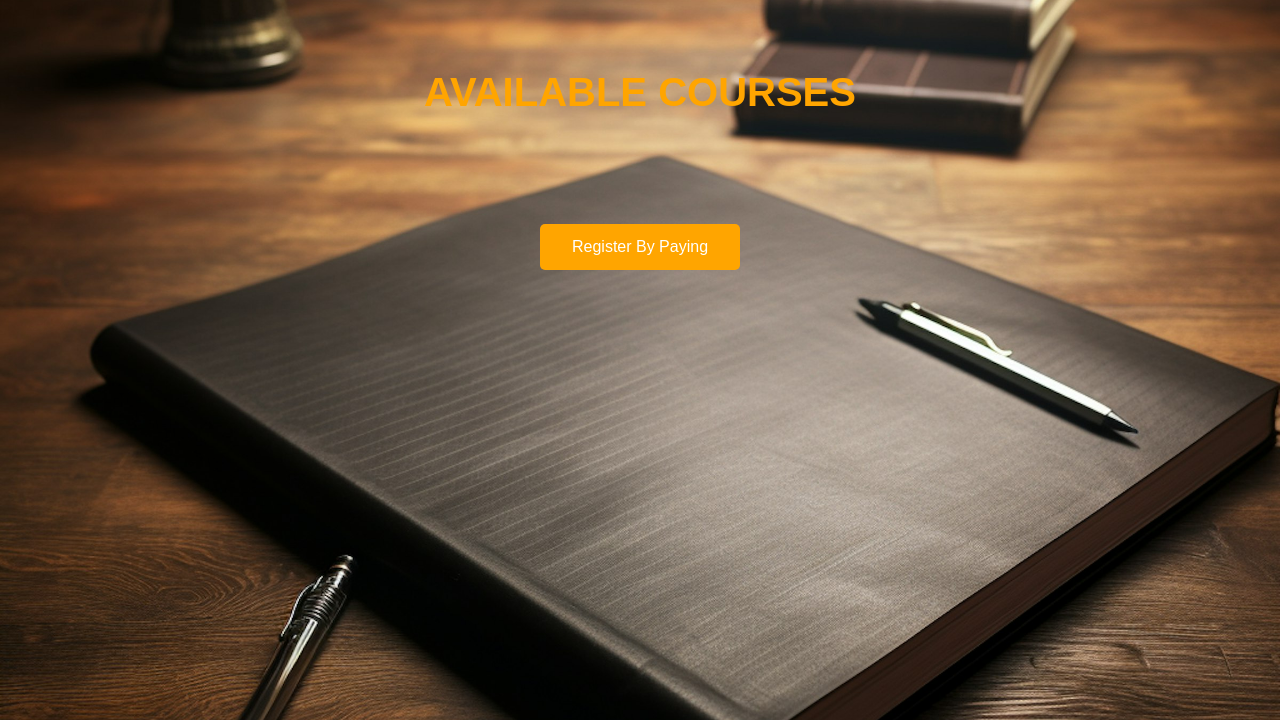
Repository: Syed1818/project
Page: http://localhost/courses.php
An editor plug-in stored every save of this project. The page is shown before and after the next save, followed by the edit.
The browser window is 1280 px wide. The pictures show the whole page.
The page is run by PHP 8.4 with error messages shown; the project is at /var/www/html/. Queries for data that is not in the repository find no rows.

Above is the page before, as saved 2024-12-07 18:11:26.

After the next save:
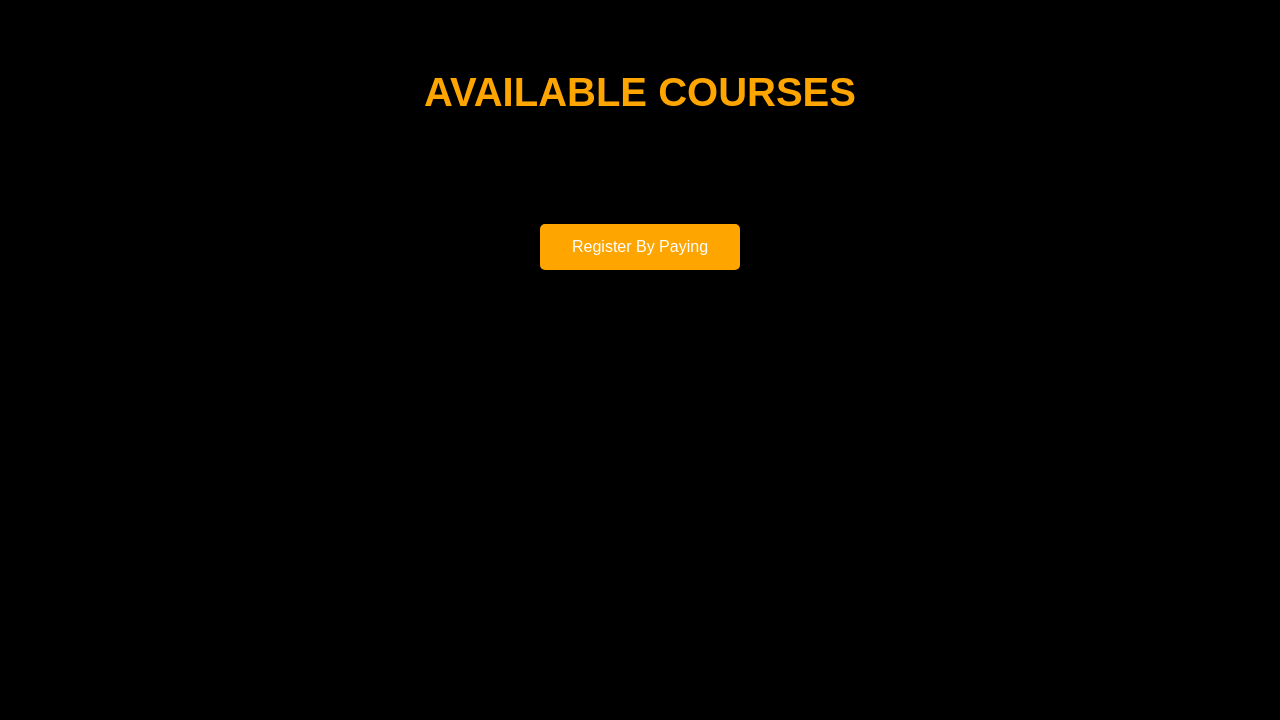
Saved 2 min 57 s later.
--- a/courses.php
+++ b/courses.php
@@ -36,7 +36,7 @@ $conn->close();
     /* Body styling with background image */
     body {
         font-family: 'Arial', sans-serif;
-        background-image: url('images/coursesbg.jpeg'); /* Use your image path here */
+        background-color: black; /* Use your image path here */
         background-size: cover; /* Ensure the image covers the whole page */
         background-position: center; /* Center the image */
         background-attachment: fixed; /* Keep the background fixed while scrolling */
